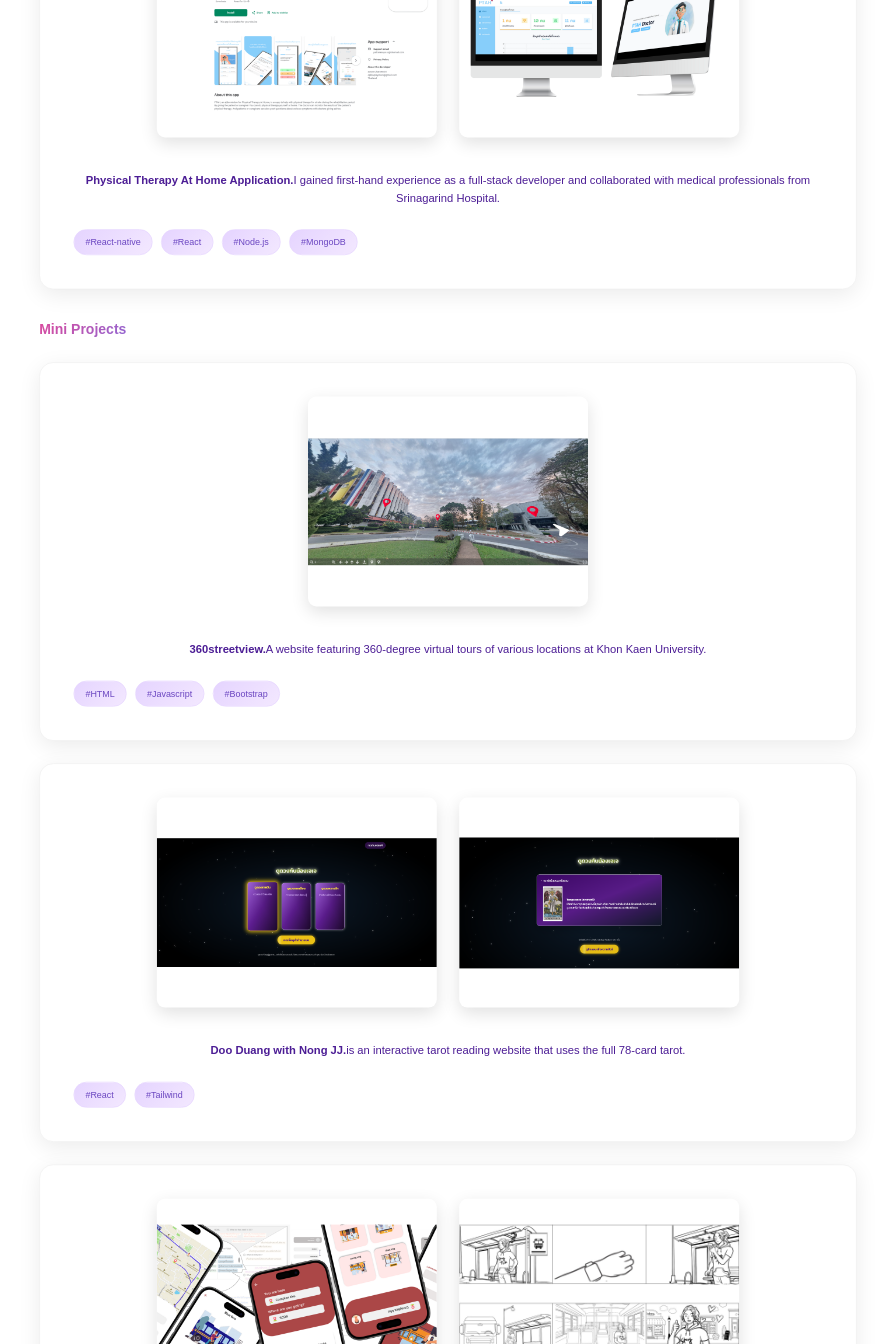
Repository: PattarasayaJJ/Portfolio-jjpatts
Page: /works
An editor plug-in stored every save of this project. The page is shown before and after the next save, followed by the edit.
The browser window is 1280 px wide. The pictures show the part of the page from y = 409 to 2329 px (the page is 4665 px tall), at 70% of full size.
The project was rebuilt for these pictures with package versions that can differ from the ones it lists, and the page was loaded fresh each time. Also part of the build but not shown: vite.config.js, vite.config.ts, src/header.css, src/hero.css, src/components/Hero.jsx, src/components/Aboutme.jsx.

Above is the page before, as saved 2025-08-03 22:57:29.

After the next save:
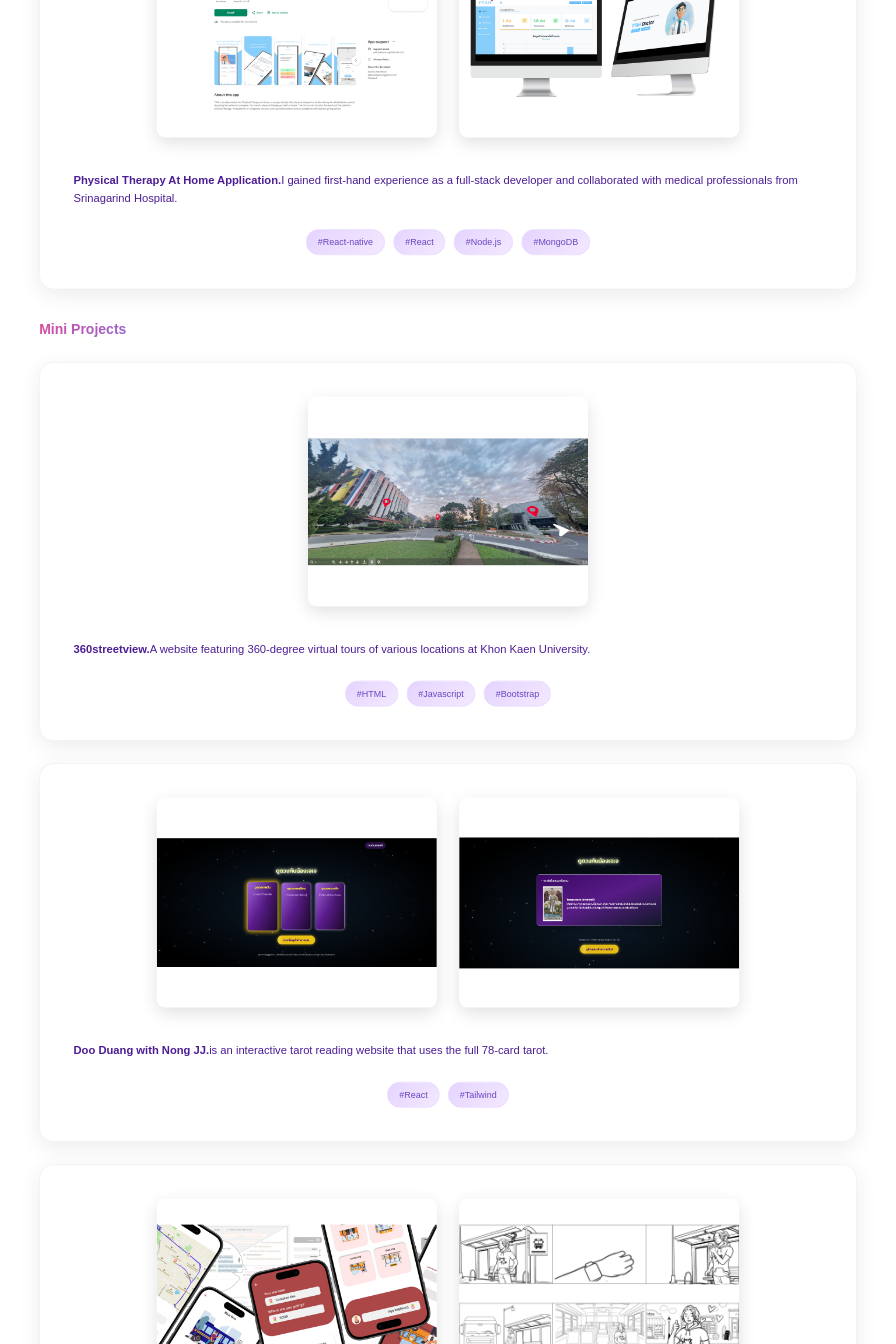
Saved 103 s later.
--- a/src/work.css
+++ b/src/work.css
@@ -90,16 +90,19 @@
 
 /* Project Content */
 .project-content {
-  text-align: center;
   display: flex;
   flex-direction: column;
+  align-items: center;
   gap: 1rem;
 }
+
 .project-name {
   font-size: 1rem;
   line-height: 1.6;
   color: #4c1d95;
   margin: 0;
+  text-align: left;
+  width: 100%;
 }
 
 .highlight {
